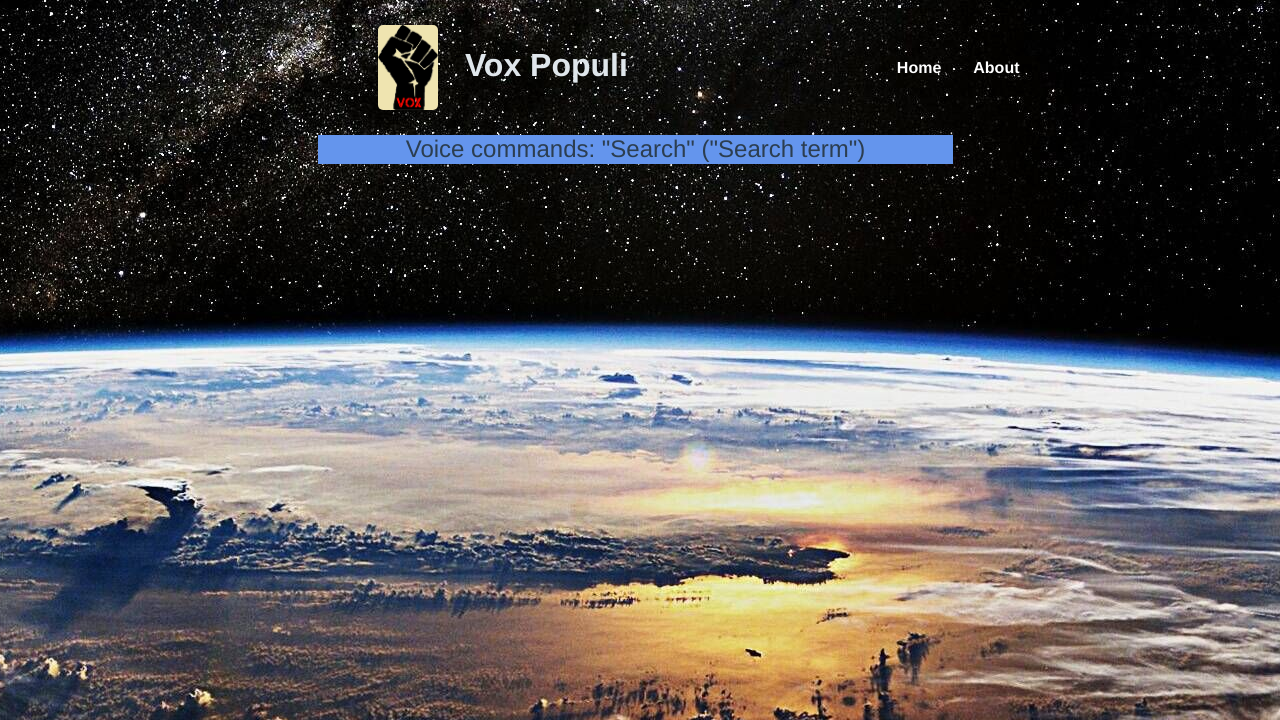
Repository: mseparov/vox-populi
Page: /about (app in vox-populi/)
The author's editor kept a copy of each file at every save. The page is drawn from the files as they stood at one save, then again after a run of saves.
The browser window is 1280 px wide. The pictures show the whole page.
The project was rebuilt for these pictures with package versions that can differ from the ones it lists, and the page was loaded fresh each time. Also part of the build but not shown: vox-populi/src/components/NewsArticle.vue, vox-populi/src/views/Home.vue.

Above is the page before, as saved 2021-08-23 23:40:25.

### vox-populi/public/index.html
<!DOCTYPE html>
<html lang="">
  <head>
    <meta charset="utf-8">
    <meta http-equiv="X-UA-Compatible" content="IE=edge">
    <meta name="viewport" content="width=device-width,initial-scale=1.0">
    <link rel="icon" href="<%= BASE_URL %>favicon.ico">
    <title><%= htmlWebpackPlugin.options.title %></title>
    <!-- CSS only -->
    <link href="https://cdn.jsdelivr.net/npm/bootstrap@5.1.0/dist/css/bootstrap.min.css" rel="stylesheet" integrity="sha384-KyZXEAg3QhqLMpG8r+8fhAXLRk2vvoC2f3B09zVXn8CA5QIVfZOJ3BCsw2P0p/We" crossorigin="anonymous">
  </head>
  <body>
    <noscript>
      <strong>We're sorry but <%= htmlWebpackPlugin.options.title %> doesn't work properly without JavaScript enabled. Please enable it to continue.</strong>
    </noscript>
    <div id="app"></div>
    <!-- built files will be auto injected -->
  </body>
</html>

### vox-populi/src/App.vue
<template>
  <div id="app">
    <nav id="nav" class="navbar navbar-expand-lg navbar-light">

      <!-- <div class="container-fluid"> -->
      <a class="navbar-brand" href="http://localhost:8080/">
      <img src="@/assets/Vox2.png" id="home_title" alt="" width="60"  class="d-inline-block align-text-centre logo">
      &nbsp; Vox Populi
      </a>

          <router-link to="/" id="nav_ele1" class="nav-link">Home</router-link>

          <router-link to="/about" id="nav_ele2" class="nav-link">About</router-link>


    </nav>

    <router-view/>

  </div>

</template>

<style lang="scss">

body{
background-color: rgba(157, 207, 219, 0.61);
background: url("assets/background.jpg") no-repeat center center fixed;

height: 100vh; //100% view height
width:  99.3vw; //100% view width
overflow-x:hidden;
}

#app {
  font-family: Avenir, Helvetica, Arial, sans-serif;
  -webkit-font-smoothing: antialiased;
  -moz-osx-font-smoothing: grayscale;
  text-align: center;
  color: #2c3e50;
}

#nav {
  padding: 20px;
  width: 100vw;
  background-color: #3998cf;
  background: url("assets/background.jpg") no-repeat center center fixed;
  a {
    font-weight: bold;
    color: #ffffff;
    text-decoration: none;

    &.router-link-exact-active {
      color: #ffffff;
    }
  }

  #nav_ele1{
    margin-left: 48%;
  }

  .logo{
    border-radius: 5px;
    margin-left: 143.5%;
  }

  a.navbar-brand{
    font-size: 2rem;
    color: #dfe6eb;
  }

}
</style>

### vox-populi/src/views/About.vue
<template>
  <div class="about">
    <h4>Voice commands:
      "Search" ("Search term")

    </h4>
  </div>
</template>


<script>

</script>


<style>
.about{
  background:cornflowerblue;
  width: 50%;
  margin-left: auto;
  margin-right: auto;
}

</style>

Loaded but not shown: vox-populi/src/main.js (common file); vox-populi/src/router/index.js (common file)

After the next 5 saves:
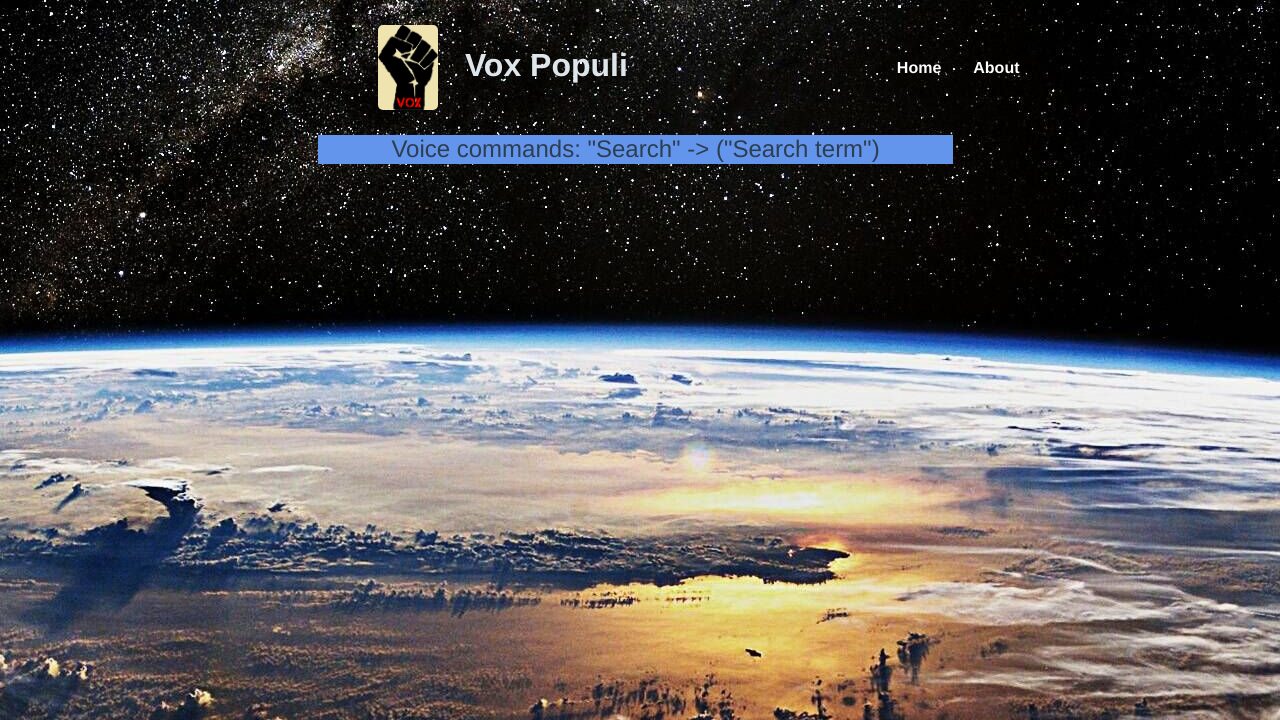
The 5 saves are shown as one change because they came seconds apart.
The last was saved 22 s later.
--- a/vox-populi/src/views/About.vue
+++ b/vox-populi/src/views/About.vue
@@ -1,7 +1,7 @@
 <template>
   <div class="about">
     <h4>Voice commands:
-      "Search" ("Search term")
+      "Search" -> ("Search term")
 
     </h4>
   </div>
